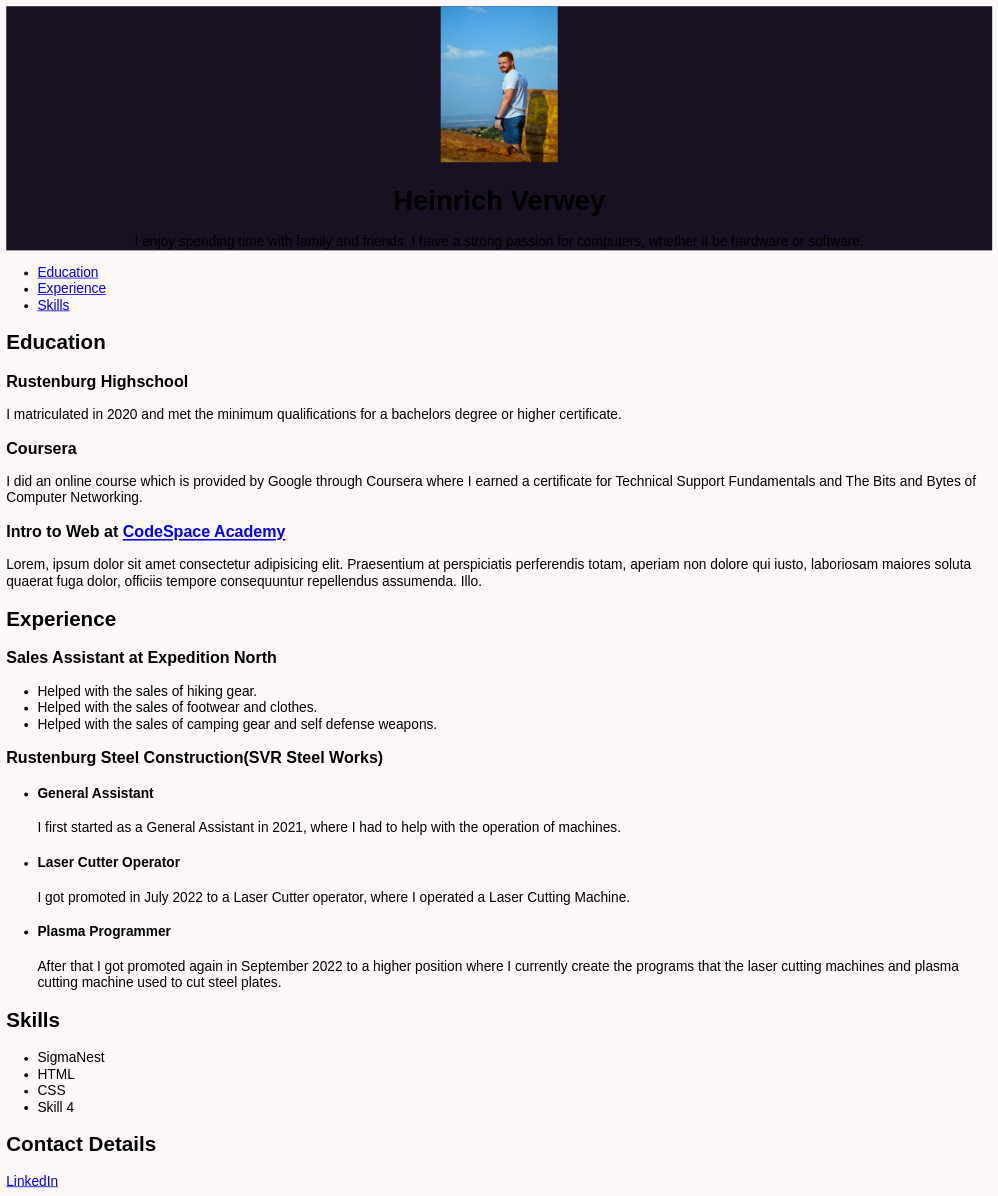
Repository: W3asl3y/IntroToWebDesign
Page: index.html
An editor plug-in stored every save of this project. The page is shown before and after the next save, followed by the edit.
The browser window is 1280 px wide. The pictures show the whole page, at 78% of full size.

Above is the page before, as saved 2022-10-19 22:36:59.

After the next save:
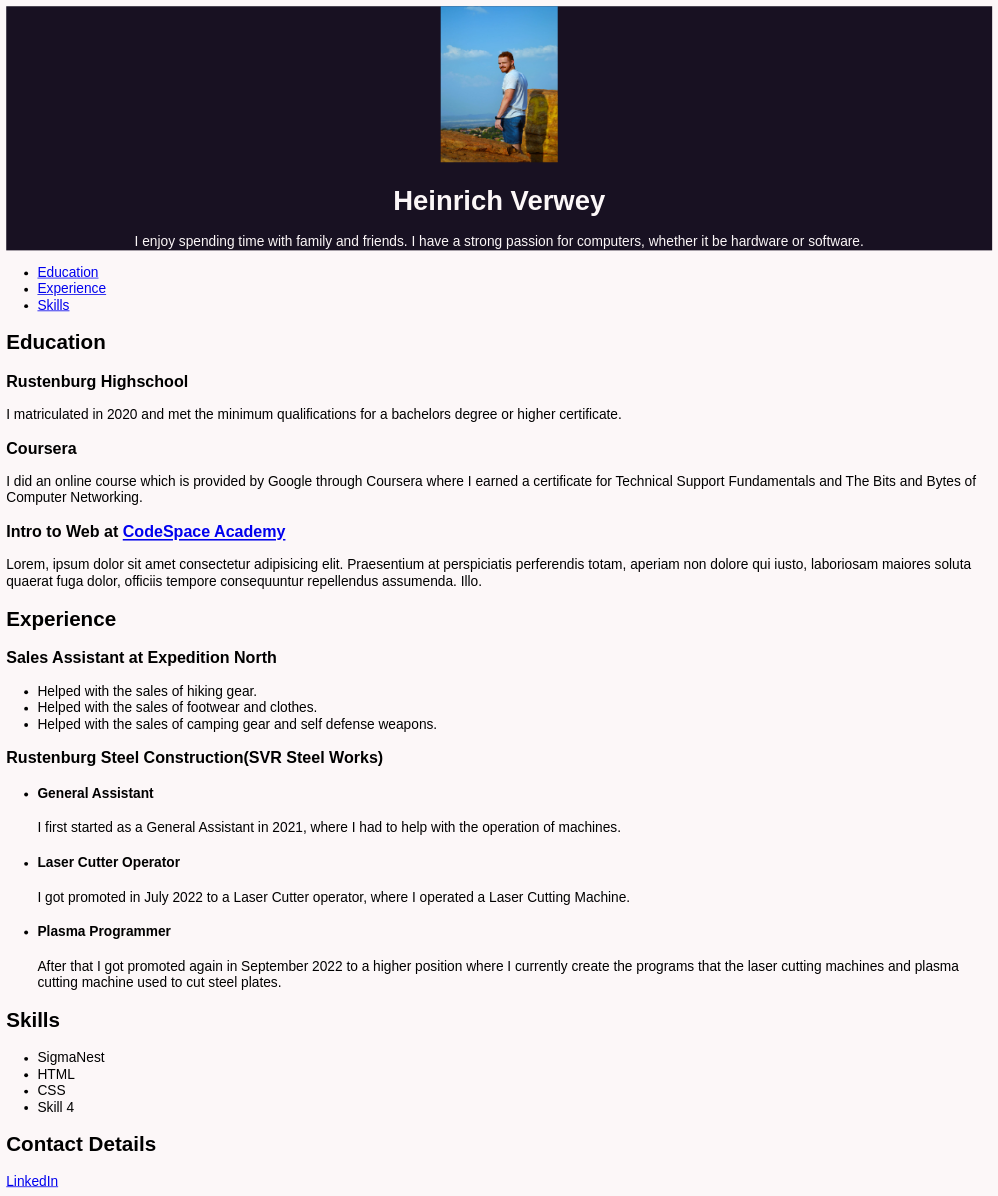
Saved 23 s later.
--- a/CSS/stylesheet.css
+++ b/CSS/stylesheet.css
@@ -6,7 +6,7 @@ body{
 
 header {
   text-align: center;
-  text-emphasis-color: white;
+  -webkit-text-fill-color: #FCF7F8;
   background-color: #181122;
 }
 
